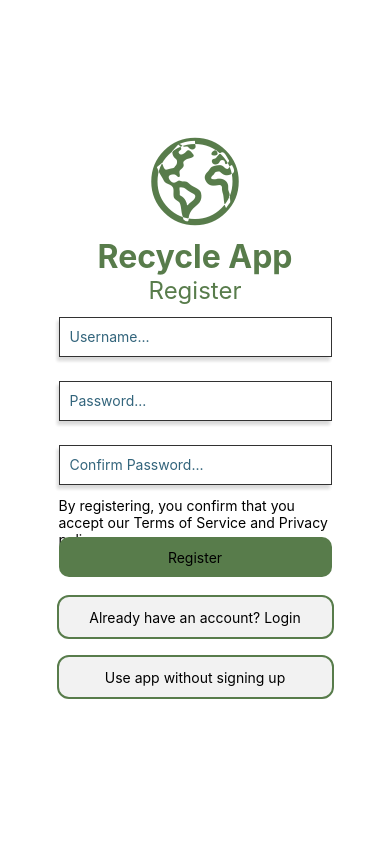
Repository: ct-pham/COMP4511
Screen: / (app in comp4511/)
The author's editor kept a copy of each file at every save. The screen is drawn from the files as they stood at one save, then again after the next save.
The app was drawn by React Native's web renderer in a window 390 px wide. The project was rebuilt for these pictures with package versions that can differ from the ones it lists, and the page was loaded fresh each time.

Above is the screen before, as saved 2022-11-07 17:00:31.

After the next save:
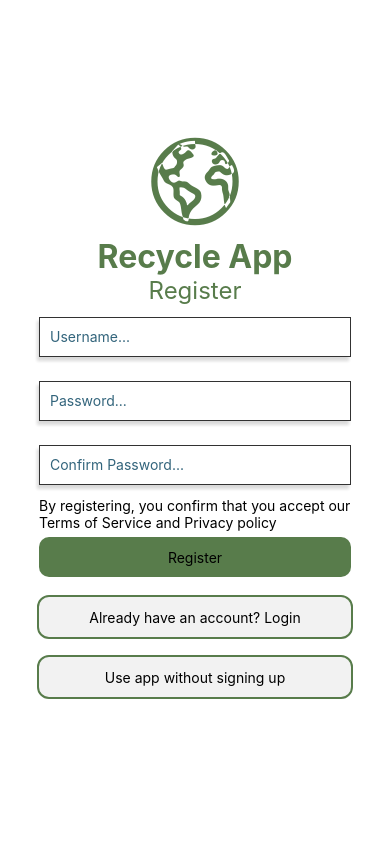
Saved 18 s later.
--- a/comp4511/Components/Register.js
+++ b/comp4511/Components/Register.js
@@ -82,7 +82,7 @@ const styles = StyleSheet.create({
         borderWidth: 1,
         borderColor: '#000000',
         height: 40,
-        width: '70%',
+        width: '80%',
         margin: 12,
         borderWidth: 1,
         padding: 10,
@@ -97,7 +97,7 @@ const styles = StyleSheet.create({
     },
     btnStyle: {
         backgroundColor: '#587C4B',
-        width: '70%',
+        width: '80%',
         height: 40,
         alignItems: 'center',
         justifyContent: 'center',
@@ -110,7 +110,7 @@ const styles = StyleSheet.create({
         outlineColor: '#587C4B',
         outlineWidth: 2,
         outlineStyle:  'solid',
-        width: '70%',
+        width: '80%',
         height: 40,
         alignItems: 'center',
         justifyContent: 'center',
@@ -127,7 +127,7 @@ const styles = StyleSheet.create({
         color: '#587C4B',
     },
     termStyle: {
-        width: '70%',
+        width: '80%',
         height: 40,
         alignItems: 'center',
     },
